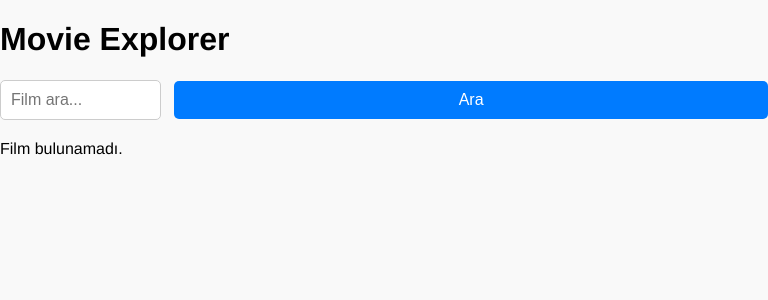
Repository: denizdizi/movie-explorer
Page: /
These files come from the project's save history. The page is drawn as it stood at one moment and after the next save; the edit follows.
The browser window is 768 px wide. The pictures show the whole page.
The page's requests for data from a server got no answer. The project was rebuilt for these pictures with package versions that can differ from the ones it lists, and the page was loaded fresh each time. No one was signed in, and anything a server would have sent is missing. Also part of the build but not shown: src/App.css, src/components/MovieCard.js.

Above is the page before, as saved 2025-03-28 11:09:28.

### src/index.js
import React from 'react';
import ReactDOM from 'react-dom/client';
import './index.css';
import App from './App';
import reportWebVitals from './reportWebVitals';
import { Provider } from 'react-redux';
import store from "./store/store";

const root = ReactDOM.createRoot(document.getElementById('root'));
root.render(
  <Provider store={store}>
    <App />
  </Provider>
);

// If you want to start measuring performance in your app, pass a function
// to log results (for example: reportWebVitals(console.log))
// or send to an analytics endpoint. Learn more: https://bit.ly/CRA-vitals
reportWebVitals();

### src/App.js
import './App.css';
import React from "react";
import { BrowserRouter as Router, Routes, Route } from "react-router-dom";
import Home from "./pages/Home";
import "./styles/global.scss";

function App() {
  return (
    <Router>
      <Routes>
        <Route path="/" element={<Home />} />
        {/* <Route path="/movie/:id" element={<MovieDetails />} /> */}
      </Routes>
    </Router>
  );
}

export default App;

### src/store/store.js
import { createStore, applyMiddleware, combineReducers } from "redux";
import { thunk } from "redux-thunk";
import movieReducer from "./reducers";

const rootReducer = combineReducers({
  movies: movieReducer,
});

const store = createStore(rootReducer, applyMiddleware(thunk));

export default store;

### src/pages/Home.js
import React, { useEffect } from "react";
import { useDispatch, useSelector } from "react-redux";
import { fetchMovies } from "../store/actions";
import MovieList from "../components/MovieList";
import SearchBar from "../components/SearchBar";

const Home = () => {
  const dispatch = useDispatch();
  const { movies, loading, error } = useSelector((state) => state.movies);

  useEffect(() => {
    dispatch(fetchMovies("pokemon")); // Varsayılan olarak bir film listesi getir
  }, [dispatch]);

  return (
    <div>
      <h1>Movie Explorer</h1>
      <SearchBar />
      {loading && <p>Yükleniyor...</p>}
      {error && <p>Hata: {error}</p>}
      <MovieList movies={movies} />
    </div>
  );
};

export default Home;

### src/styles/global.scss
body {
    font-family: 'Franklin Gothic Medium', 'Arial Narrow', Arial, sans-serif;
    background-color: #f9f9f9;
}

.movie-list {
    justify-content: center;
}

.movie-line {
  display: flex;
  align-items: center;
  margin-bottom: 2em;
  background-color: #f9f9f9;
  gap: 2em;
  justify-content: center;
}

.movie-card {
  width: 200px; /* Kartın genişliği */
  height: 300px; /* Kartın yüksekliği */
  border-radius: 10px; /* Köşeleri yuvarlat */
  box-shadow: 0 4px 8px rgba(0, 0, 0, 0.2); /* Gölgelendirme */
  overflow: hidden; /* İçerik taşmasını engelle */
  background-color: #fff; /* Arka plan beyaz */
  display: flex;
  flex-direction: column; /* İçeriği dikey yerleştir */
  align-items: center;
  justify-content: flex-start; /* Başlık ve içerikler üst kısımda yer alsın */
  padding: 10px;
  border: 1px solid #ddd; /* Çerçeve */
}

.img-container {
  width: 100%; /* Konteynerin genişliği */
  height: 60%; /* Resmin yüksekliği */
  overflow: hidden;
  padding: 0; /* Paddingi sıfırlayın */
  display: flex;
  justify-content: center;
  align-items: center; /* Resmin ortalanması için */
  border-radius: 5px;
}

.img-container img {
  width: 100%;
  height: 100%;
  object-fit: cover; /* Resmi konteynere tam sığdır */
  object-position: center;
}

.movie-card h3 {
  margin-top: 10px;
  font-size: 16px;
  text-align: center;
}

@media (max-width: 700px) {
  .movie-line {
    flex-direction: column;
  }

  .img-container {
    height: 60%; /* Küçük ekranlarda img-container yüksekliğini azaltın */
  }
}

.search-bar {
    display: flex;
    align-items: center;
    justify-content: center;
    margin: 20px 0;
  }

  .input-wrapper {
    display: flex;
    position: relative;
  }

  .search-input {
    padding: 10px;
    font-size: 1rem;
    border-radius: 5px;
    border: 1px solid #ccc;
    width: 300px;
    transition: all 0.3s ease;
  }

  .search-input:focus {
    border-color: #007bff;
    outline: none;
  }

  .clear-btn {
    position: absolute;
    top: 50%;
    right: 10px;
    transform: translateY(-50%);
    background: none;
    border: none;
    font-size: 18px;
    color: #ccc;
    cursor: pointer;
    transition: color 0.3s;
  }

  .clear-btn:hover {
    color: #007bff;
  }

  .search-btn {
    padding: 10px 20px;
    background-color: #007bff;
    color: white;
    border: none;
    border-radius: 5px;
    cursor: pointer;
    margin-left: 10px;
    font-size: 1rem;
  }

  .search-btn:hover {
    background-color: #0056b3;
  }

  @media (max-width: 768px) {
    .search-input {
      width: 80%; /* Daha dar ekranlarda genişliği azalt */
    }

    .search-btn {
      width: 100%; /* Butonun genişliğini %100 yaparak alt satıra taşınmasını engelle */
      margin-left: 0;
    }
  }

### src/store/reducers.js
import { FETCH_MOVIES_REQUEST, FETCH_MOVIES_SUCCESS, FETCH_MOVIES_FAILURE } from "./actions";

const initialState = {
  movies: [],
  loading: false,
  error: null,
};

const movieReducer = (state = initialState, action) => {
  switch (action.type) {
    case FETCH_MOVIES_REQUEST:
      return { ...state, loading: true };
    case FETCH_MOVIES_SUCCESS:
      return { ...state, loading: false, movies: action.payload };
    case FETCH_MOVIES_FAILURE:
      return { ...state, loading: false, error: action.payload };
    default:
      return state;
  }
};

export default movieReducer;

### src/store/actions.js
import { searchMovies } from "../utils/api";

export const FETCH_MOVIES_REQUEST = "FETCH_MOVIES_REQUEST";
export const FETCH_MOVIES_SUCCESS = "FETCH_MOVIES_SUCCESS";
export const FETCH_MOVIES_FAILURE = "FETCH_MOVIES_FAILURE";

export const fetchMovies = (query = "pokemon", page = 1) => async (dispatch) => {
  dispatch({ type: FETCH_MOVIES_REQUEST });

  try {
    const movies = await searchMovies(query, page);
    dispatch({ type: FETCH_MOVIES_SUCCESS, payload: movies });
  } catch (error) {
    dispatch({ type: FETCH_MOVIES_FAILURE, payload: error.message });
  }
};

### src/components/MovieList.js
import React from "react";
import MovieCard from "./MovieCard";

const MovieList = ({ movies }) => {
  if (!movies || movies.length === 0) {
    return <p>Film bulunamadı.</p>;
  }

  return (
    <div className="movie-list">
      <div className="row movie-line">
        {movies.slice(0, 5).map((movie) => (
          <MovieCard key={movie.imdbID} movie={movie} />
        ))}
      </div>
      <div className="row movie-line">
        {movies.slice(5, 10).map((movie) => (
          <MovieCard key={movie.imdbID} movie={movie} />
        ))}
      </div>
    </div>
  );
};

export default MovieList;

### src/components/SearchBar.js
import React, { useState } from "react";
import { useDispatch } from "react-redux";
import { fetchMovies } from "../store/actions";

const SearchBar = () => {
  const [query, setQuery] = useState("");
  const dispatch = useDispatch();

  const handleSearch = (e) => {
    e.preventDefault();
    if (query.trim() !== "") {
      dispatch(fetchMovies(query));
    }
  };

  return (
    <form onSubmit={handleSearch} className="search-bar">
      <div className="input-wrapper">
        <input
          type="text"
          placeholder="Film ara..."
          value={query}
          onChange={(e) => setQuery(e.target.value)}
          className="search-input"
        />
      </div>
      <button type="submit" className="search-btn">
        Ara
      </button>
    </form>
  );
};

export default SearchBar;

### src/utils/api.js
import axios from "axios";

const API_KEY = "df54e6ed";
const BASE_URL = "https://www.omdbapi.com/";

export const searchMovies = async (text = "pokemon", page = 1) => {
  try {
    const response = await axios.get(BASE_URL, {
      params: {
        apikey: API_KEY,
        s: text,
        page: page,
      },
    });
    return response.data.Search;
  } catch (error) {
    console.error("Film arama hatası:", error);
    return [];
  }
};

export const getMovieDetails = async (movieID) => {
  try {
    const response = await axios.get(BASE_URL, {
      params: {
        apikey: API_KEY,
        i: movieID,
      },
    });
    return response.data;
  } catch (error) {
    console.error("Film detaylarını getirme hatası:", error);
    return null;
  }
};

Loaded but not shown: public/index.html (common file); src/index.css (common file); src/reportWebVitals.js (common file); src/styles/movie.scss (no stored copy; drawn as an empty file)

After the next save:
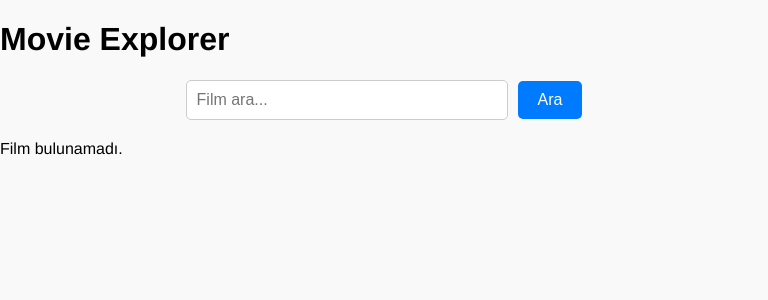
Saved 26 s later.
--- a/src/styles/global.scss
+++ b/src/styles/global.scss
@@ -122,14 +122,3 @@ body {
   .search-btn:hover {
     background-color: #0056b3;
   }
-
-  @media (max-width: 768px) {
-    .search-input {
-      width: 80%; /* Daha dar ekranlarda genişliği azalt */
-    }
-
-    .search-btn {
-      width: 100%; /* Butonun genişliğini %100 yaparak alt satıra taşınmasını engelle */
-      margin-left: 0;
-    }
-  }
